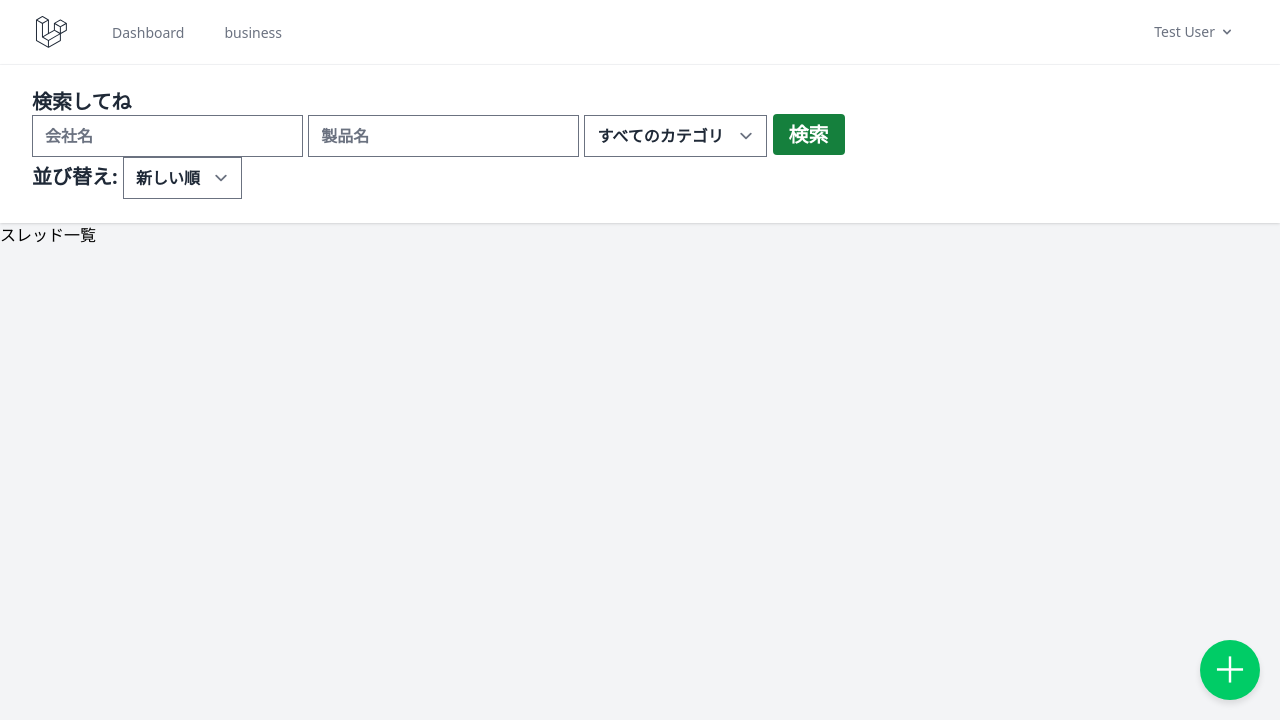
Repository: kyoko-shiraishi/Reproduce
Page: http://localhost/home
These files come from the project's save history. The page is drawn as it stood at one moment and after the next save; the edit follows.
The browser window is 1280 px wide. The pictures show the whole page.
Some web libraries are served in a nearby version. The page is served by the project's Laravel application, run on PHP 8.4 with Laravel 12. A made-up administrator, Test User (test@example.com), is signed in. Other server files are loaded and not shown. Style sheets and scripts are compiled from the project's sources, by tool versions that may differ from the author's. Queries for data that is not in the repository find no rows.

Above is the page before, as saved 2024-10-21 12:22:06.

### app/Providers/AppServiceProvider.php
<?php
namespace App\Providers;

use Illuminate\Support\ServiceProvider;
use Illuminate\Support\Facades\View;
use App\Models\Category; // Categoryモデルをインポート

class AppServiceProvider extends ServiceProvider
{
    public function boot()
    {
        // \URL::forceScheme('https');
        // すべてのビューにカテゴリを渡す
        View::composer('*', function ($view) {
            $categories = Category::all();
            $view->with('categories', $categories);
        });
    }

    public function register()
    {
        //
    }
}

### routes/web.php
<?php

use App\Http\Controllers\ProfileController;
use Illuminate\Support\Facades\Route;
use App\Http\Controllers\PleaseController;
use App\Http\Controllers\Auth\AuthenticatedSessionController;
use App\Http\Controllers\SearchController;
use App\Http\Controllers\PostController;
use App\Http\Controllers\NewController;
use App\Http\Controllers\LikeController;

// ララベルトップルート
Route::get('/', function () {
    return view('welcome');
});

// トップページ
Route::get('/index', [PleaseController::class, 'index'])->name('index');

// ログインページのルート
Route::get('/login', [AuthenticatedSessionController::class, 'create'])->name('login');

// ログイン処理のルート
Route::post('/login', [AuthenticatedSessionController::class, 'store']);

// 登録ページのルート
Route::get('/register', [RegisteredUserController::class, 'create'])->name('register');

// 登録処理のルート
Route::post('/register', [RegisteredUserController::class, 'store']);

// ダッシュボードのルート
Route::get('/dashboard', function () {
    return view('dashboard');
})->middleware(['auth', 'verified'])->name('dashboard');




// 認証が必要なルート
Route::middleware('auth')->group(function () {
    Route::get('/profile', [ProfileController::class, 'edit'])->name('profile.edit');
    Route::patch('/profile', [ProfileController::class, 'update'])->name('profile.update');
    Route::delete('/profile', [ProfileController::class, 'destroy'])->name('profile.destroy');
});
// ホームページのルート
Route::get('/home',[PleaseController::class,'home'])->name('home');



require __DIR__.'/auth.php';

Route::get('/business',[PleaseController::class,'business'])->name('business');
Route::get('/infomation',[PleaseController::class,'infomation'])->name('infomation');
Route::get('/logo',[PleaseController::class,'logo'])->name('logo');

Route::get('/search',[SearchController::class,'search'])->name('search.results');
Route::get('/post/{id}',[PostController::class,'post'])->name('post');
Route::get('/new_thread_create',[PleaseController::class,'new_thread_create'])->name('new_thread_create');


Route::post('/thread_store',[NewController::class,'thread_store'])->name('thread_store');
Route::get('/new_post_create/{id}', [NewController::class, 'new_post_create'])->name('new_post_create');

Route::post('/post_store/{threadId}', [NewController::class, 'post_store'])->name('post_store');
Route::get('/delete',[PleaseController::class,'delete_show'])->name('delete_show');
Route::post('/delete_selected',[PleaseController::class,'delete_selected'])->name('delete_selected');

Route::post('/thread/like', [LikeController::class, 'likeThread']);

### app/Models/User.php
<?php

namespace App\Models;

// use Illuminate\Contracts\Auth\MustVerifyEmail;
use Illuminate\Database\Eloquent\Factories\HasFactory;
use Illuminate\Foundation\Auth\User as Authenticatable;
use Illuminate\Notifications\Notifiable;

class User extends Authenticatable
{
    use HasFactory, Notifiable;

    /**
     * The attributes that are mass assignable.
     *
     * @var array<int, string>
     */
    protected $fillable = [
        'name',
        'email',
        'password',
        'prefecture',
        'age',
        'gender',
    ];

    /**
     * The attributes that should be hidden for serialization.
     *
     * @var array<int, string>
     */
    protected $hidden = [
        'password',
        'remember_token',
    ];

    /**
     * Get the attributes that should be cast.
     *
     * @return array<string, string>
     */
    protected function casts(): array
    {
        return [
            'email_verified_at' => 'datetime',
            'password' => 'hashed',
        ];
    }
    public function prefecture(){
return $this->belongsTo(prefecture::class,'prefectures_id');
    }
    public function threads(){
        return $this->hasMany(Thread::class);
    }
    public function posts(){
        return $this->hasMany(Post::class);
    }
    public function thread_likes(){
        return $this->hasMany(ThreadLike::class);
    }
    public function post_likes(){
        return $this->hasMany(PostLike::class);
    }
}

### app/Http/Controllers/PleaseController.php
<?php

namespace App\Http\Controllers;

use Illuminate\Http\Request;
use App\Models\Thread;
use Illuminate\Support\Facades\Auth;
use App\Models\Post;
use App\Models\ThreadLike;

use App\Models\Category;


class PleaseController extends Controller
{
    public function index()
    {
        return view('please.index');
    }

    public function post(Request $request)
    {
        $validate_rule = [
            'mail' => 'email',
            'password' => 'required',
        ];
        $this->validate($request, $validate_rule);
        return view('home.index', ['msg' => 'ログインしました']);
    }





        // paginate→全件総計算
        // simplePaginate→総計算なし。前へと次へのみ。
        // どちらもget()みたいなもん

        public function home(Request $request)
        {
            $sort = $request->input('sort', 'new'); // デフォルトは「新しい順」
            // スレッドを取得
            // withCount はリレーションの名前を入れる→リレーション先のレコード数をカウントしてくれる
            $all_threads = Thread::withCount('thread_likes')
                ->when($sort === 'new', function ($query) {
                    return $query->orderBy('created_at', 'desc'); // 新しい順
                })
                ->when($sort === 'old', function ($query) {
                    return $query->orderBy('created_at', 'asc'); // 古い順
                })
                ->when($sort === 'popular', function ($query) {
                    return $query->orderBy('thread_likes_count', 'desc'); // いいねが多い順
                })
                ->paginate(5);

            return view('please.home', compact('all_threads', 'sort'));


    }


    public function business(){
        return view('please.business');
    }
    public function infomation(){
        return view('please.infomation');
    }

    public function new_thread_create(){
        $categories = Category::all();
        return view('please.new_thread_create', compact('categories'));
    }

    public function new_post_create(){
        return view('please.new_post_create');
    }

    public function delete_show(){
        $threads_you_created=Thread::where('user_id', Auth::id())->get();
        $posts_you_created = Post::where('user_id', Auth::id())->get();
        return view('please.delete',compact('threads_you_created','posts_you_created'));
    }
    public function delete_selected(Request $request)
{
    // スレッドを削除
    if ($request->has('threads')) {
        Thread::destroy($request->input('threads'));
    }

    // ポストを削除
    if ($request->has('posts')) {
        Post::destroy($request->input('posts'));
    }

    return redirect()->back()->with('status', '選択したスレッドとポストが削除されました。');

}


}

### app/Models/Thread.php
<?php

namespace App\Models;

use Illuminate\Database\Eloquent\Factories\HasFactory;
use Illuminate\Database\Eloquent\Model;

class Thread extends Model
{
    use HasFactory;
    protected $fillable=['content','product_id', 'company_id','user_id','image',];
    public function company(){
        return $this->belongsTo(Company::class);
    }
    public function product(){
        return $this->belongsTo(Product::class);
    }
    public function user(){
        return $this->belongsTo(User::class);
    }
    public function posts(){
        return $this->hasMany(Post::class);
    }
    public function thread_likes(){
        return $this->hasMany(ThreadLike::class);
    }
    public function isLikedByAuthUser() :bool
    {
        //認証済ユーザーid（自身のid）を取得
        $authUserId = \Auth::id();
        //空の配列を定義。後続の処理で、いいねしたユーザーのidを全て格納していくときに使う。
        $likersArr = array();

        //$thisは言葉の似た通り、クラス自身を指す。具体的にはこのPostクラスをインスタンス化した際の変数のことを指す。（後続のビューで登場する$postになります）
        foreach($this->thread_likes as $threadLike){
            //array_pushメソッドで第一引数に配列、第二引数に配列に格納するデータを定義し、配列を作成できる。
            //今回は$likersArrという空の配列にいいねをした全てのユーザーのidを格納している。
            array_push($likersArr,$threadLike->user_id);

        }
        //in_arrayメソッドを利用し、認証済ユーザーid（自身のid）が上記で作成した配列の中に存在するかどうか判定している
        if (in_array($authUserId,$likersArr)){
            //存在したらいいねをしていることになるため、trueを返す
            return true;
        }else{
            return false;
        }
    }

}

### app/Models/ThreadLike.php
<?php

namespace App\Models;

use Illuminate\Database\Eloquent\Factories\HasFactory;
use Illuminate\Database\Eloquent\Model;

class ThreadLike extends Model
{
    use HasFactory;
    protected $fillable=['count'];
    public function thread(){
        return $this->belongsTo(Thread::class);
    }
    public function user(){
        return $this->belongsTo(User::class);
    }
}

### app/Models/Category.php
<?php

namespace App\Models;

use Illuminate\Database\Eloquent\Factories\HasFactory;
use Illuminate\Database\Eloquent\Model;

class Category extends Model
{
    use HasFactory;

    // 保存するデータ
    protected $fillable = ['name'];


    /**
     * 製品とのリレーション
     */
    public function products()
    {
        return $this->hasMany(Product::class, 'category_id');
        // 'category_id' は、Product テーブル内の外部キーのカラム名です。このカラムは、どの Category に属しているかを示します
    }
}

### resources/views/please/home.blade.php
<x-app-layout>
    <x-slot name="header">
        @vite(['resources/css/app.css', 'resources/js/app.js'])
        <h2 class="font-semibold text-xl text-gray-800 leading-tight">
            <p>検索してね</p>
            <form action="{{ route('search.results') }}" method="GET">
                @csrf
                <input type="text" id="company_name" name="company_name" value="{{ old('company_name') }}" placeholder="会社名">
                <input type="text" name="product_name" value="{{ old('product_name') }}" placeholder="製品名">
                <input type="hidden" id="Kanacompany_name" name="Kanacompany_name">
                <select name="category_id">
                    <option value="">すべてのカテゴリ</option>
                    @foreach ($categories as $category)
                        <option value="{{ $category->id }}">{{ $category->name }}</option>
                    @endforeach
                </select>

                <button type=”submit” class="bg-green-700 hover:bg-green-600 text-white rounded px-4 py-2">検索</button>

                <div class="sorting-dropdown">
                    <label for="sort">並び替え:</label>
                    <select id="sort" name="sort" onchange="location = this.value;">
                        <option value="{{ route('home', ['sort' => 'new']) }}" {{ $sort === 'new' ? 'selected' : '' }}>新しい順</option>
                        <option value="{{ route('home', ['sort' => 'old']) }}" {{ $sort === 'old' ? 'selected' : '' }}>古い順</option>
                        <option value="{{ route('home', ['sort' => 'popular']) }}" {{ $sort === 'popular' ? 'selected' : '' }}>人気順</option>
                    </select>
                </div>
            </form>
        </h2>
    </x-slot>

    <h2>スレッド一覧</h2>
    <div class="each">
        <ul>
            @foreach ($all_threads as $thread)
            <div class="border-4 border-blue-400 rounded-lg p-4 shadow-md flex items-start">
                <li>
                    <a href="{{ route('post', ['id' => $thread->id]) }}">
                        <strong>ユーザー:</strong> {{ $thread->user->name }}<br>
                        <strong>会社名:</strong> {{ $thread->company->name }}<br>
                        <strong>製品名:</strong> {{ $thread->product->name }}<br>
                        <strong>カテゴリ:</strong> {{ $thread->product->category->name ?? '不明' }}<br>
                        <strong>内容:</strong> {{ $thread->content }}<br>
                        <strong>作成日:</strong> {{ $thread->created_at }}<br>
                        <strong>コメント数: {{ $thread->posts->count() }}</strong>
                        <div>
                            <img src="{{ $thread->image }}" class="responsive-img">
                        </div>
                    </a>

                    @if($thread->isLikedByAuthUser())
                        <div class="flexbox">
                            <i class="fa-regular fa-heart like-btn liked" id="{{ $thread->id }}"></i>
                            <p class="count-num">{{ $thread->thread_likes->count() }}</p>
                        </div>
                    @else
                        <div class="flexbox">
                            <i class="fa-regular fa-heart like-btn" id="{{ $thread->id }}"></i>
                            <p class="count-num">{{ $thread->thread_likes->count() }}</p>
                        </div>
                    @endif
                </li>
            </div>
            <hr>
            @endforeach
        </ul>
    </div>
    <script src="https://unpkg.com/wanakana"></script>

    <script>
        document.getElementById('company_name').addEventListener('input', function() {
            const companyName = this.value;
            const KanaCompanyName = wanakana.toKatakana(companyName);
            document.getElementById('Kanacompany_name').value = KanaCompanyName; // 隠しフィールドに設定
            console.log(KanaCompanyName); // デバッグ用

        });
    </script>

<script>
        // いいねボタンのhtml要素を取得
        const likeBtns = document.querySelectorAll('.like-btn');
        likeBtns.forEach(likeBtn => {
            likeBtn.addEventListener('click', async (e) => {
                const clickedEl = e.target;
                clickedEl.classList.toggle('liked');
                const threadId = clickedEl.id;

                const res = await fetch('/thread/like', {
                    method: 'POST',
                    headers: {
                        'Content-Type': 'application/json',
                        'X-CSRF-TOKEN': document.querySelector('meta[name="csrf-token"]').getAttribute('content')
                    },
                    body: JSON.stringify({ thread_id: threadId })
                })
                .then(res => res.json())
                .then(data => {
                    clickedEl.nextElementSibling.innerHTML = data.likesCount;
                })
                .catch(() => alert('処理が失敗しました。画面を再読み込みし、通信環境の良い場所で再度お試しください。'));
            });
        });
</script>

@include('please.new_thread')
    <div class="flex justify-center">
        {{ $all_threads->links() }}
    </div>
</x-app-layout>

### resources/views/please/new_thread.blade.php
<!-- please/create.blade.php -->
<a href="{{ route('new_thread_create') }}" class="fixed-button">
    ＋
</a>

<style>
    /* ボタンのスタイル */
    .fixed-button {
        position: fixed; /* 画面に固定 */
        right: 20px; /* 画面右からの距離 */
        bottom: 20px; /* 画面下からの距離 */
        width: 60px; /* ボタンの幅 */
        height: 60px; /* ボタンの高さ */
        background-color: #00CC66; /* ツイッターっぽい青色 */
        color: white; /* テキストの色 */
        font-size: 36px; /* テキストの大きさ */
        text-align: center; /* テキストを中央に配置 */
        line-height: 60px; /* ボタンの高さと同じにして中央揃え */
        border-radius: 50%; /* 丸くする */
        box-shadow: 0px 4px 6px rgba(0, 0, 0, 0.1); /* 影をつける */
        cursor: pointer; /* ポインターを変更 */
        transition: background-color 0.3s; /* ホバー時のエフェクト */
    }

    /* ホバー時の効果 */
    .fixed-button:hover {
        background-color: #00CC99; /* 少し濃い色に変更 */
    }

</style>

### resources/views/layouts/app.blade.php
<!DOCTYPE html>
<html lang="{{ str_replace('_', '-', app()->getLocale()) }}">
    <head>
        <meta charset="utf-8">
        <meta name="viewport" content="width=device-width, initial-scale=1">
        <meta name="csrf-token" content="{{ csrf_token() }}">
        @vite(['resources/css/app.css', 'resources/js/app.js'])


        <title>{{ config('app.name', 'Laravel') }}</title>

        <!-- Fonts -->

        <!-- Scripts -->
        <script src="https://kit.fontawesome.com/e7550042f0.js" crossorigin="anonymous"></script>

        <style>
        .each {
            width: 100%; /* 幅を100%に設定 */
            margin: 0; /* 左右のマージンを0に設定 */
            padding: 0; /* パディングを0に設定 */
        }

        .each ul {
            list-style-type: none; /* リストスタイルを消去 */
            padding: 0; /* パディングを0に設定 */
            margin: 0; /* マージンを0に設定 */
        }

        .each li {
            /* border: 1px solid #ccc; 各スレッドにボーダーを追加 */
            padding: 0px; /* 内側のパディングを設定 */
            margin-bottom: 10px; /* 各リスト項目の下にマージンを追加 */
            width: 100%; /* 各リスト項目も幅を100%に設定 */
        }
        .liked{
            color:orangered;
            transition:.2s;
        }
        .flexbox{
            align-items: center;
            display: flex;
        }
        .count-num{
            font-size: 20px;
            margin-left: 10px;
        }
        .fa-heart{
            font-size: 30px;
        }
        .responsive-img {
            max-width: 100%; /* 画像の最大幅を親要素に合わせる */
            width: 300px; /* 画像の幅を固定 */
            height: 200px; /* 画像の高さを固定 */
            object-fit: cover; /* 縦横比を維持しつつ、指定したサイズに収まるように調整 */
            border-radius: 8px; /* 角を少し丸くしたい場合 */
        }
    </style>
  <script src="build\assets\wanakana.min.js"></script>
    </head>
    <body class="font-sans antialiased">
        <div class="min-h-screen bg-gray-100">
            @include('layouts.navigation')

            <!-- Page Heading -->
            @isset($header)
                <header class="bg-white shadow">
                    <div class="max-w-7xl mx-auto py-6 px-4 sm:px-6 lg:px-8">
                        {{ $header }}
                    </div>
                </header>
            @endisset

            <!-- Page Content -->
            <main>
                {{ $slot }}
            </main>
        </div>
    </body>
</html>

### resources/views/layouts/navigation.blade.php
<nav x-data="{ open: false }" class="bg-white border-b border-gray-100">
    <!-- Primary Navigation Menu -->
    <div class="max-w-7xl mx-auto px-4 sm:px-6 lg:px-8">
        <div class="flex justify-between h-16">
            <div class="flex">
                <!-- Logo -->
                <div class="shrink-0 flex items-center">
                    <a href="{{ route('home') }}">
                        <x-application-logo class="block h-9 w-auto fill-current text-gray-800" />
                    </a>
                </div>

                <!-- Navigation Links -->
                <div class="hidden space-x-8 sm:-my-px sm:ms-10 sm:flex">
                    <x-nav-link :href="route('dashboard')" :active="request()->routeIs('dashboard')">
                        {{ __('Dashboard') }}
                    </x-nav-link>

                    <x-nav-link :href="route('business')" :active="request()->routeIs('index')">
                        {{ __('business') }}
                    </x-nav-link>
                </div>
            </div>



            <!-- Settings Dropdown -->
            <div class="hidden sm:flex sm:items-center sm:ms-6">
                <x-dropdown align="right" width="48">
                    <x-slot name="trigger">
                        <button class="inline-flex items-center px-3 py-2 border border-transparent text-sm leading-4 font-medium rounded-md text-gray-500 bg-white hover:text-gray-700 focus:outline-none transition ease-in-out duration-150">
                        @auth
                            <div>{{ Auth::user()->name }}</div>
                        @endauth

                            <div class="ms-1">
                                <svg class="fill-current h-4 w-4" xmlns="http://www.w3.org/2000/svg" viewBox="0 0 20 20">
                                    <path fill-rule="evenodd" d="M5.293 7.293a1 1 0 011.414 0L10 10.586l3.293-3.293a1 1 0 111.414 1.414l-4 4a1 1 0 01-1.414 0l-4-4a1 1 0 010-1.414z" clip-rule="evenodd" />
                                </svg>
                            </div>
                        </button>
                    </x-slot>

                    <x-slot name="content">
                        <x-dropdown-link :href="route('profile.edit')">
                            {{ __('Profile') }}
                        </x-dropdown-link>

                        <x-dropdown-link :href="route('delete_show')">
                            {{ __('delete') }}
                        </x-dropdown-link>

                        <!-- Authentication -->
                        <form method="POST" action="{{ route('logout') }}">
                            @csrf

                            <x-dropdown-link :href="route('logout')"
                                    onclick="event.preventDefault();
                                                this.closest('form').submit();">
                                {{ __('Log Out') }}
                            </x-dropdown-link>
                        </form>
                    </x-slot>
                </x-dropdown>
            </div>

            <!-- Hamburger -->
            <div class="-me-2 flex items-center sm:hidden">
                <button @click="open = ! open" class="inline-flex items-center justify-center p-2 rounded-md text-gray-400 hover:text-gray-500 hover:bg-gray-100 focus:outline-none focus:bg-gray-100 focus:text-gray-500 transition duration-150 ease-in-out">
                    <svg class="h-6 w-6" stroke="currentColor" fill="none" viewBox="0 0 24 24">
                        <path :class="{'hidden': open, 'inline-flex': ! open }" class="inline-flex" stroke-linecap="round" stroke-linejoin="round" stroke-width="2" d="M4 6h16M4 12h16M4 18h16" />
                        <path :class="{'hidden': ! open, 'inline-flex': open }" class="hidden" stroke-linecap="round" stroke-linejoin="round" stroke-width="2" d="M6 18L18 6M6 6l12 12" />
                    </svg>
                </button>
            </div>
        </div>
    </div>

    <!-- Responsive Navigation Menu -->
    <div :class="{'block': open, 'hidden': ! open}" class="hidden sm:hidden">
        <div class="pt-2 pb-3 space-y-1">
            <x-responsive-nav-link :href="route('dashboard')" :active="request()->routeIs('dashboard')">
                {{ __('Dashboard') }}
            </x-responsive-nav-link>
        </div>

        <!-- Responsive Settings Options -->
        <div class="pt-4 pb-1 border-t border-gray-200">
            <div class="px-4">
                <div class="font-medium text-base text-gray-800">{{ Auth::user()->name }}</div>
                <div class="font-medium text-sm text-gray-500">{{ Auth::user()->email }}</div>
            </div>

            <div class="mt-3 space-y-1">
                <x-responsive-nav-link :href="route('profile.edit')">
                    {{ __('Profile') }}
                </x-responsive-nav-link>

                <!-- Authentication -->
                <form method="POST" action="{{ route('logout') }}">
                    @csrf

                    <x-responsive-nav-link :href="route('logout')"
                            onclick="event.preventDefault();
                                        this.closest('form').submit();">
                        {{ __('Log Out') }}
                    </x-responsive-nav-link>
                </form>
            </div>
        </div>
    </div>
</nav>

Loaded but not shown: routes/auth.php (common file); app/Http/Controllers/Auth/EmailVerificationPromptController.php (common file); app/Http/Controllers/Controller.php (common file); app/Http/Controllers/Auth/VerifyEmailController.php (common file); app/View/Components/AppLayout.php (common file); resources/views/components/application-logo.blade.php (common file); resources/views/components/nav-link.blade.php (common file); resources/views/components/dropdown-link.blade.php (common file); resources/views/components/dropdown.blade.php (common file); resources/views/components/responsive-nav-link.blade.php (common file); resources/css/app.css (common file); tailwind.config.js (common file)

After the next save:
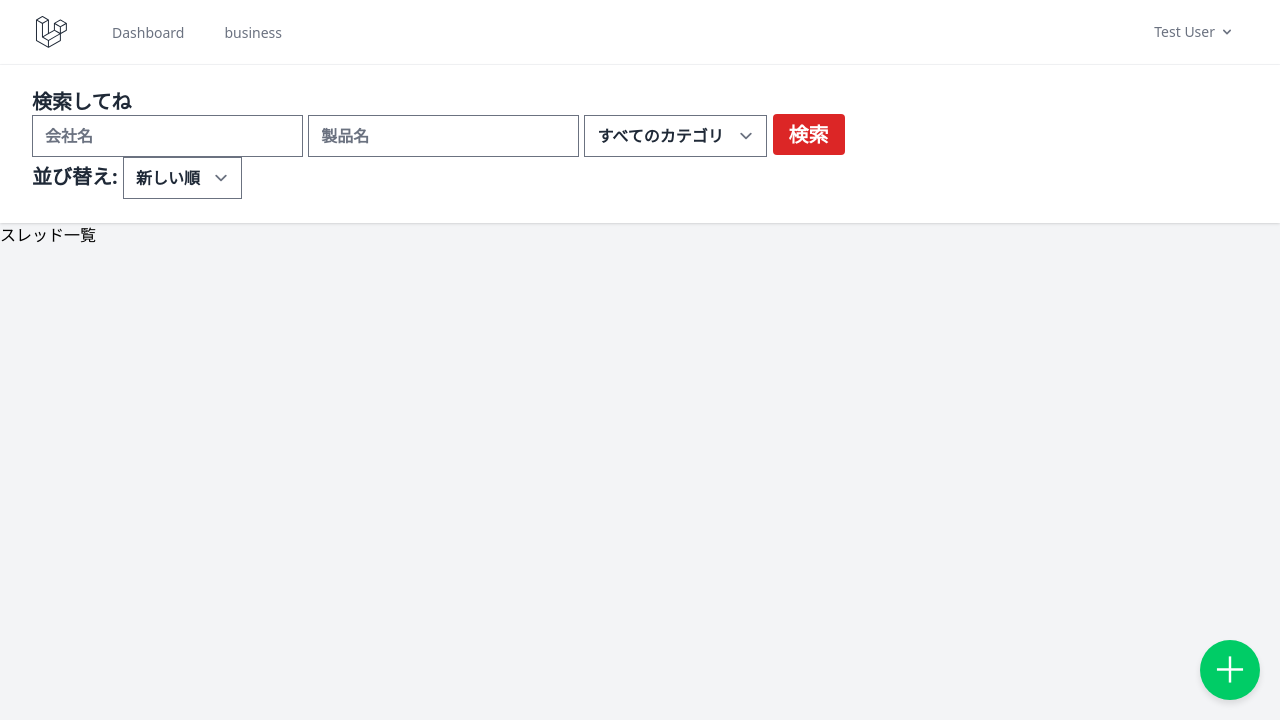
Saved 66 s later.
--- a/resources/views/please/home.blade.php
+++ b/resources/views/please/home.blade.php
@@ -15,7 +15,7 @@
                     @endforeach
                 </select>
 
-                <button type=”submit” class="bg-green-700 hover:bg-green-600 text-white rounded px-4 py-2">検索</button>
+                <button type=”submit” class="bg-red-600 hover:bg-red-500 text-white rounded px-4 py-2">検索</button>
 
                 <div class="sorting-dropdown">
                     <label for="sort">並び替え:</label>
